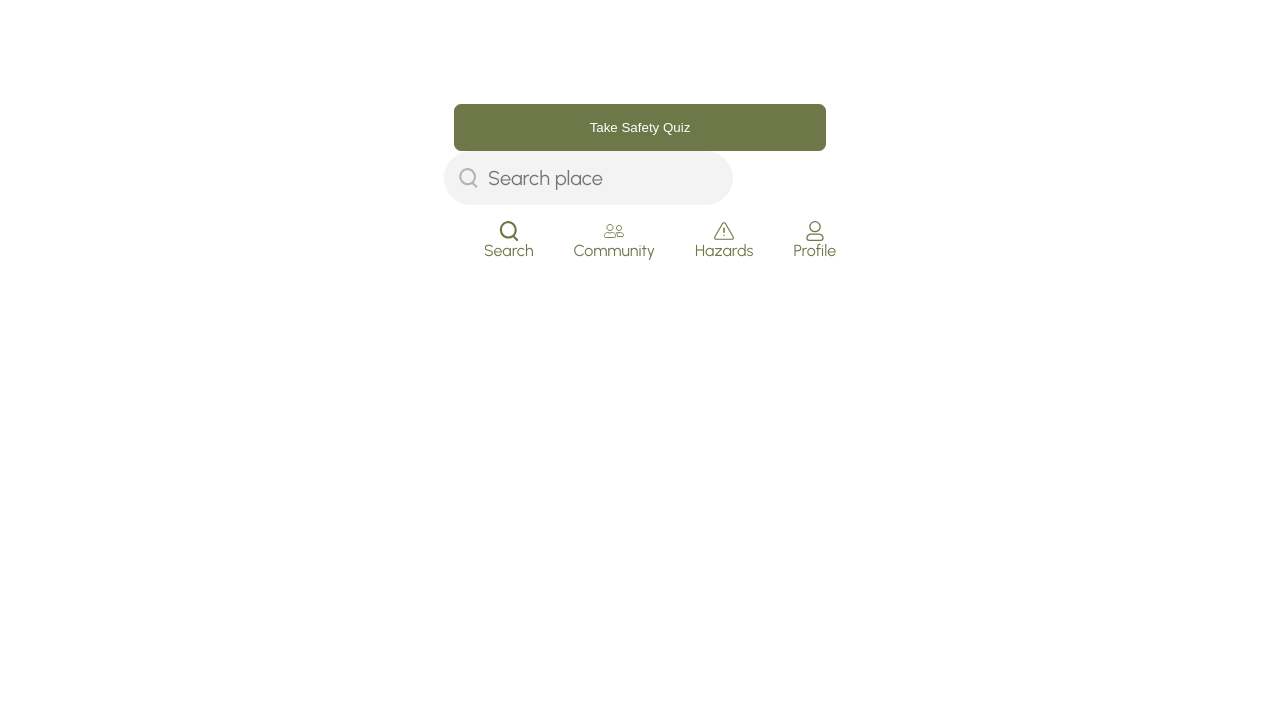
Repository: Aladdin3r/SafeCycle
Page: /
An editor plug-in stored every save of this project. The page is shown before and after the next save, followed by the edit.
The browser window is 1280 px wide. The pictures show the whole page.
The project was rebuilt for these pictures with package versions that can differ from the ones it lists, and the page was loaded fresh each time. The framework's server and built-in components were replaced by stand-ins that run in the browser.

Above is the page before, as saved 2024-04-15 12:55:23.

### pages/index.js
import Head from "next/head";
import styles from "@/styles/Home.module.css";
import Link from 'next/link'
import NavBar from "@/components/NavBar";


export default function Home() {
  return (
    <>
      <Head>
        <title>SafeCycle</title>
        <meta name="description" content="Home Page" />
        <meta name="viewport" content="width=device-width, initial-scale=1" />
        <link rel="icon" href="/favicon3.png" />
      </Head>
      <main className={`${styles.main}`}>

        <Link href="/quiz/questionOne">
          <button  className={styles.button}>Take Safety Quiz</button>
        </Link>
        <NavBar />
      </main>
    </>
  );
}

### styles/globals.css
@import url('https://fonts.googleapis.com/css2?family=Urbanist:wght@300;400;500;600&display=swap');

:root {
  --grey: #F3F3F3;
  --light-grey: #B4B4B4;
  --button-color: #6e7747;
  --button-color-hover: #4d5527;
  --correct: #008000;
  font-family: 'Urbanist', sans-serif;
}

### styles/Home.module.css
.main {
  display: flex;
  flex-direction: column;
  justify-content: space-between;
  align-items: center;
  padding: 6rem;
  min-height: 20vh;
}

.button {
  width: 372px;
  height: 47px;
  background-color: var(--button-color);
  color: white;
  border: 1.5px solid var(--button-color);
  border-radius: 7px;
}
.button:hover{
  width: 372px;
  height: 47px;
  background-color: var(--button-color-hover);
  color: white;
  border: 1.5px solid var(--button-color-hover);
  border-radius: 7px;
}

### components/NavBar/index.js
import nextConfig from '@/next.config.mjs'
import styles from './NavBar.module.css'
import Image from 'next/image'

export default function NavBar() {
    return(
        <div className={`${styles.container} ${styles.navigation}`}>
            <div className={styles.navigation}>
                <form>
                    <div className={styles.search}>
                        <Image className={styles.searchIcon} src="./icons/search.svg" width={20} height={20} />
                        <input className={styles.searchInput} type="search" placeholder='Search place'></input>
                    </div>
                </form>
                <ul>
                    <li className={styles.list}>
                        <Image src="./icons/searchgreen.svg" width={20} height={20} />
                        <a>Search</a>
                    </li>
                    <li className={styles.list}>
                        <Image src="./icons/community.svg" width={20} height={20} />
                        <a>Community</a>
                    </li>
                    <li className={styles.list}>
                        <Image src="./icons/hazard.svg" width={20} height={20} />
                        <a>Hazards</a>
                    </li>
                    <li className={styles.list}>
                        <Image src="./icons/profile.svg" width={20} height={20} />
                        <a>Profile</a>
                    </li>

                </ul>
            </div>
        </div>
    )
}

### components/NavBar/NavBar.module.css
.search {
    width: max-content;
    align-items: center;
    padding: 14px;
    border-radius: 28px;
    background-color: var(--grey);
}

.searchInput {
    background-color: var(--grey);
    border: none;
    font-size: 20px;
    color: var(--light-grey);
    font-family: 'Urbanist';
}

.container {
    display: flex;
    justify-content: end;
    align-items: center;
    margin: 0 50px;
    position: sticky;
    margin-bottom: 0;
    bottom: 0;
}

.search {
    display: flex;
    flex-direction: row;
    gap: 0.5em;
}

.navigation ul{
    display: flex;
    flex-direction: row;
    gap: 2.5em;
    list-style-type: none;
    background-color: white;
    color: var(--button-color);
}

.navigation li {
    display: flex;
    flex-direction: column;
    justify-content: center;
    align-items: center;
}

Loaded but not shown: pages/_app.js (common file); pages/_document.js (common file); next.config.mjs (common file)

After the next save:
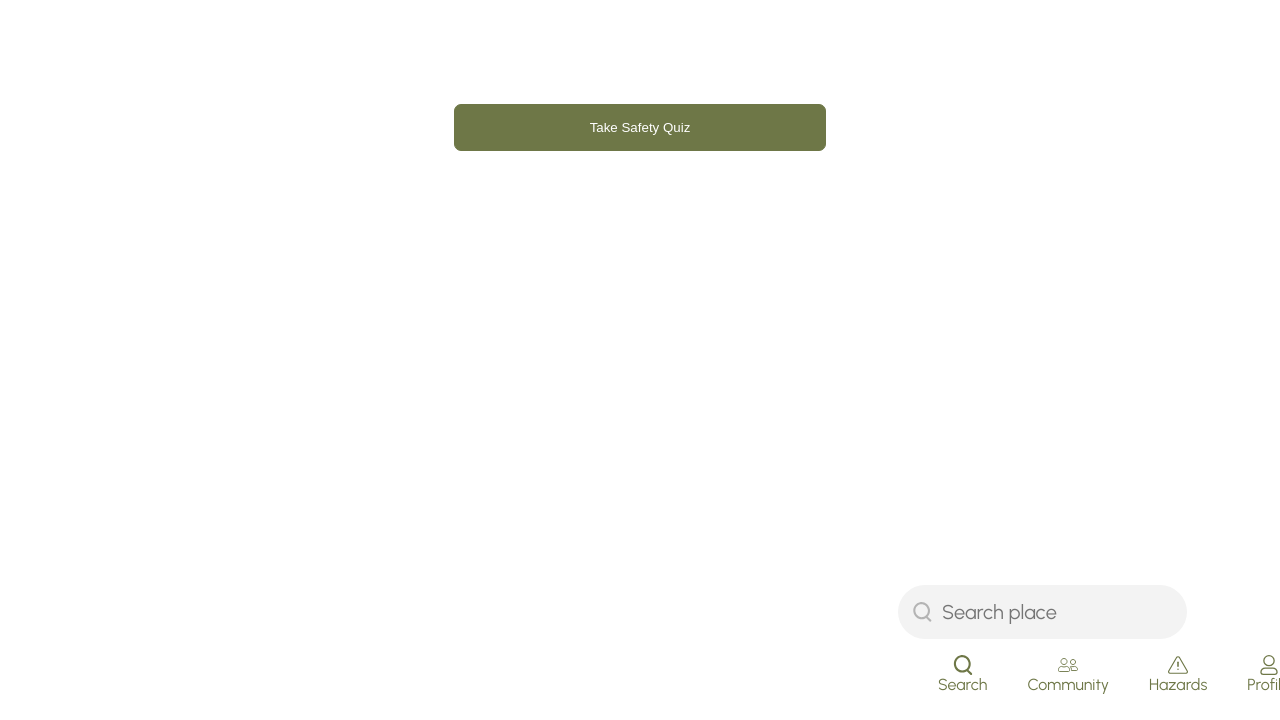
Saved 30 s later.
--- a/components/NavBar/NavBar.module.css
+++ b/components/NavBar/NavBar.module.css
@@ -18,10 +18,12 @@
     display: flex;
     justify-content: end;
     align-items: center;
-    margin: 0 50px;
-    position: sticky;
-    margin-bottom: 0;
+    position: fixed;
     bottom: 0;
+    left: 0;
+    width: 100%;
+    background-color: white;
+    padding: 10px;
 }
 
 .search {
